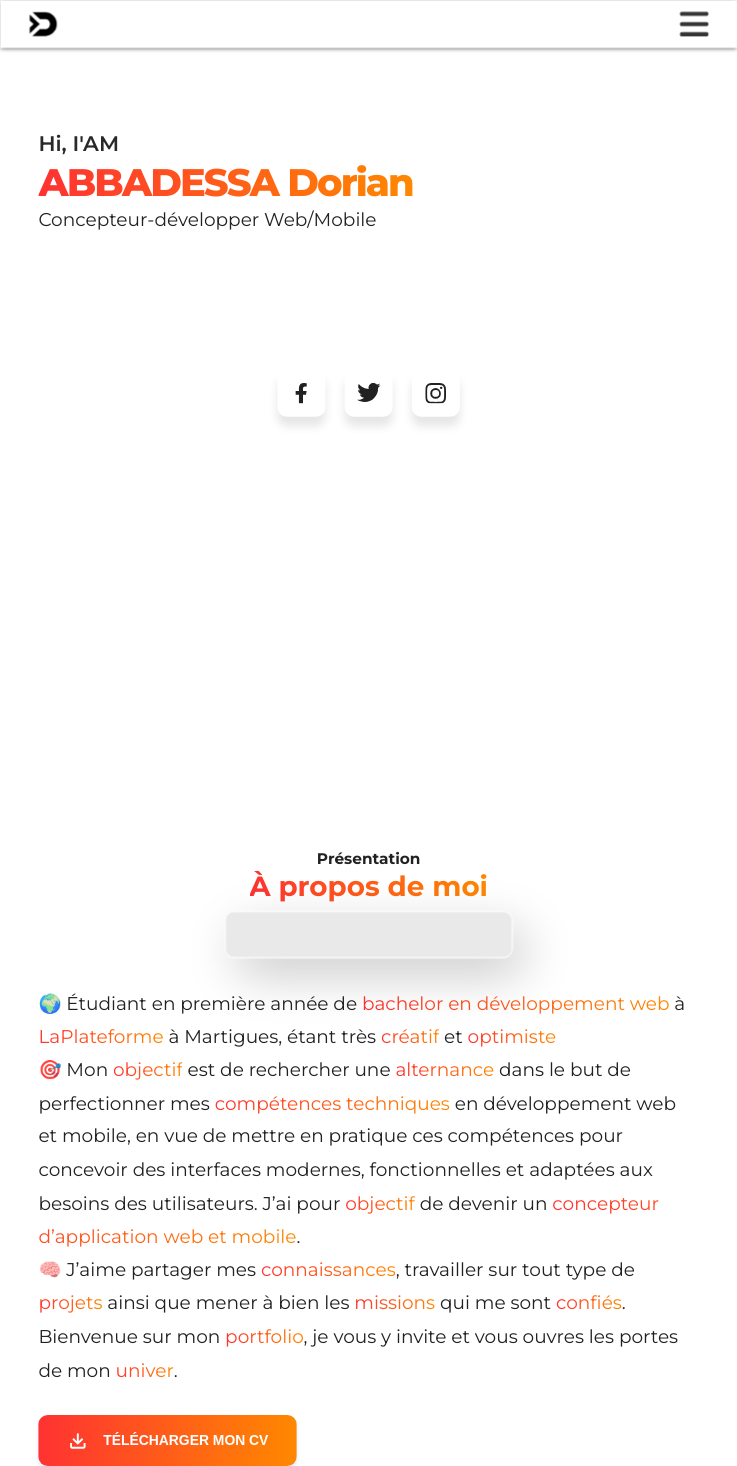
Repository: DorianABDS/Portfolio-ABBADESSA-Dorian
Page: index.html
An editor plug-in stored every save of this project. The page is shown before and after the next save, followed by the edit.
The browser window is 768 px wide. The pictures show the whole page, at 96% of full size.

Above is the page before, as saved 2024-11-27 20:27:38.

### index.html
<!DOCTYPE html>
<html lang="fr">
<head>
    <meta charset="UTF-8">
    <meta name="viewport" content="width=device-width, initial-scale=1.0">
    <meta charset="UTF-8">
    <meta name="viewport" content="width=device-width, initial-scale=1.0">
    <meta name="keywords" content="Portfolio, ABBADESSA Dorian, Web developper">
    <title>ABBADESSA Dorian - Portfolio</title>
    <link rel="shortcute icon" href="/src/img/Logo Div.png">
    <link rel="stylesheet" href="style.css">
</head>
<body>
    <header class="header">
        <nav class="navbar">
            <a href="index.html" class="logo"><img src="/src/img/Logo plat Div noir.png" alt=""></a>
            <div class="nav-links">
                <ul>
                    <li><a href="index.html">Accueil</a></li>
                    <li><a href="articles.html">Articles</a></li>
                    <li><a href="apropos.html">À propos</a></li>
                    <li><a href="contact.html">Contact</a></li>
                </ul>
            </div>
            <img src="/src/img/bars-solid.svg" alt="menu hamburger" class="menu-hamburger">
        </nav>
        <!-- <div class="social">
            <a href="#" title="Facebook"><img src="/src/img/icone Github.png" alt=""></a>
            <a href="#" title="Twitter"><img src="src/img/icone Linkedin.png" alt=""></a>
        </div> -->
    </header>
    <main>
        <section class="accueil">
            <div class="container-accueil">
                <h2>Hi, I'AM</h2>
                <h1><span>ABBADESSA Dorian</span></h1>
                <p>Concepteur-développer Web/Mobile</p>
                <div class="social">
                    <ul class="wrapper">
                        <li class="icon facebook">
                          <span class="tooltip">Facebook</span>
                          <svg
                            viewBox="0 0 320 512"
                            height="1.2em"
                            fill="currentColor"
                            xmlns="http://www.w3.org/2000/svg"
                          >
                            <path
                              d="M279.14 288l14.22-92.66h-88.91v-60.13c0-25.35 12.42-50.06 52.24-50.06h40.42V6.26S260.43 0 225.36 0c-73.22 0-121.08 44.38-121.08 124.72v70.62H22.89V288h81.39v224h100.17V288z"
                            ></path>
                          </svg>
                        </li>
                        <li class="icon twitter">
                          <span class="tooltip">Twitter</span>
                          <svg
                            height="1.8em"
                            fill="currentColor"
                            viewBox="0 0 48 48"
                            xmlns="http://www.w3.org/2000/svg"
                            class="twitter"
                          >
                            <path
                              d="M42,12.429c-1.323,0.586-2.746,0.977-4.247,1.162c1.526-0.906,2.7-2.351,3.251-4.058c-1.428,0.837-3.01,1.452-4.693,1.776C34.967,9.884,33.05,9,30.926,9c-4.08,0-7.387,3.278-7.387,7.32c0,0.572,0.067,1.129,0.193,1.67c-6.138-0.308-11.582-3.226-15.224-7.654c-0.64,1.082-1,2.349-1,3.686c0,2.541,1.301,4.778,3.285,6.096c-1.211-0.037-2.351-0.374-3.349-0.914c0,0.022,0,0.055,0,0.086c0,3.551,2.547,6.508,5.923,7.181c-0.617,0.169-1.269,0.263-1.941,0.263c-0.477,0-0.942-0.054-1.392-0.135c0.94,2.902,3.667,5.023,6.898,5.086c-2.528,1.96-5.712,3.134-9.174,3.134c-0.598,0-1.183-0.034-1.761-0.104C9.268,36.786,13.152,38,17.321,38c13.585,0,21.017-11.156,21.017-20.834c0-0.317-0.01-0.633-0.025-0.945C39.763,15.197,41.013,13.905,42,12.429"
                            ></path>
                          </svg>
                        </li>
                        <li class="icon instagram">
                          <span class="tooltip">Instagram</span>
                          <svg
                            xmlns="http://www.w3.org/2000/svg"
                            height="1.2em"
                            fill="currentColor"
                            class="bi bi-instagram"
                            viewBox="0 0 16 16"
                          >
                            <path
                              d="M8 0C5.829 0 5.556.01 4.703.048 3.85.088 3.269.222 2.76.42a3.917 3.917 0 0 0-1.417.923A3.927 3.927 0 0 0 .42 2.76C.222 3.268.087 3.85.048 4.7.01 5.555 0 5.827 0 8.001c0 2.172.01 2.444.048 3.297.04.852.174 1.433.372 1.942.205.526.478.972.923 1.417.444.445.89.719 1.416.923.51.198 1.09.333 1.942.372C5.555 15.99 5.827 16 8 16s2.444-.01 3.298-.048c.851-.04 1.434-.174 1.943-.372a3.916 3.916 0 0 0 1.416-.923c.445-.445.718-.891.923-1.417.197-.509.332-1.09.372-1.942C15.99 10.445 16 10.173 16 8s-.01-2.445-.048-3.299c-.04-.851-.175-1.433-.372-1.941a3.926 3.926 0 0 0-.923-1.417A3.911 3.911 0 0 0 13.24.42c-.51-.198-1.092-.333-1.943-.372C10.443.01 10.172 0 7.998 0h.003zm-.717 1.442h.718c2.136 0 2.389.007 3.232.046.78.035 1.204.166 1.486.275.373.145.64.319.92.599.28.28.453.546.598.92.11.281.24.705.275 1.485.039.843.047 1.096.047 3.231s-.008 2.389-.047 3.232c-.035.78-.166 1.203-.275 1.485a2.47 2.47 0 0 1-.599.919c-.28.28-.546.453-.92.598-.28.11-.704.24-1.485.276-.843.038-1.096.047-3.232.047s-2.39-.009-3.233-.047c-.78-.036-1.203-.166-1.485-.276a2.478 2.478 0 0 1-.92-.598 2.48 2.48 0 0 1-.6-.92c-.109-.281-.24-.705-.275-1.485-.038-.843-.046-1.096-.046-3.233 0-2.136.008-2.388.046-3.231.036-.78.166-1.204.276-1.486.145-.373.319-.64.599-.92.28-.28.546-.453.92-.598.282-.11.705-.24 1.485-.276.738-.034 1.024-.044 2.515-.045v.002zm4.988 1.328a.96.96 0 1 0 0 1.92.96.96 0 0 0 0-1.92zm-4.27 1.122a4.109 4.109 0 1 0 0 8.217 4.109 4.109 0 0 0 0-8.217zm0 1.441a2.667 2.667 0 1 1 0 5.334 2.667 2.667 0 0 1 0-5.334z"
                            ></path>
                          </svg>
                        </li>
                      </ul>
                </div>
        </section>
        <section class="about-me">
            <div class="container-about-me">
                <h2>Présentation</h2>
                <h1><span>À propos de moi</span></h1>
            </div>
            <div class="card"></div>
            <div class="texte-about-me"><p>🌍 Étudiant en première année de <span>bachelor en développement web</span> à <span>LaPlateforme</span> à Martigues, étant très <span>créatif</span> et <span>optimiste</span>
              <br>
              🎯 Mon <span>objectif</span> est de rechercher une <span>alternance</span> dans le but de perfectionner mes <span>compétences techniques</span> en développement web et mobile, en vue de mettre en pratique ces compétences pour  concevoir des interfaces modernes, fonctionnelles et adaptées aux besoins des utilisateurs. J’ai pour <span>objectif</span> de devenir un <span>concepteur d’application web et mobile</span>.
              <br>
              🧠 J’aime partager mes <span>connaissances</span>, travailler sur tout type de <span>projets</span> ainsi que mener à bien les <span>missions</span> qui me sont <span>confiés</span>.
              <br>
              Bienvenue sur mon <span>portfolio</span>, je vous y invite et vous ouvres les portes de mon <span>univer</span>.
              </p></div>
        </section>
        <button>
            <svg
                width="24"
                height="24"
                viewBox="0 0 24 24"
                fill="none"
                xmlns="http://www.w3.org/2000/svg"
                >
                <path
                    d="M11 5C11 4.44772 11.4477 4 12 4C12.5523 4 13 4.44772 13 5V12.1578L16.2428 8.91501L17.657 10.3292L12.0001 15.9861L6.34326 10.3292L7.75748 8.91501L11 12.1575V5Z"
                    fill="currentColor"
                />
                <path
                    d="M4 14H6V18H18V14H20V18C20 19.1046 19.1046 20 18 20H6C4.89543 20 4 19.1046 4 18V14Z"
                    fill="currentColor"
                />
                </svg>
            télécharger mon cv
          </button>
    </div>
    </main>
</body>
<script>
    const menuHamburger = document.querySelector(".menu-hamburger")
    const navLinks = document.querySelector(".nav-links")

    menuHamburger.addEventListener('click',()=>{
    navLinks.classList.toggle('mobile-menu')
    })
</script>
</html>

### style.css
@font-face {
    font-family: "Montserrat";
    src: url(/src/font/Montserrat-VariableFont_wght.ttf);
}

* {
    margin: 0;
    padding: 0;
    text-decoration: none;
    list-style: none;
    box-sizing: border-box;

}

html, body {
    font-size: 19.3px;
    color: rgba(0, 0, 0, .87);
    background-color: #fff;
    font-family: "Montserrat", sans-serif;
    line-height: 1.8;
    font-weight: 400;
}

.navbar {
    background: rgb(255, 255, 255);
    box-shadow: 0 0 5px rgb(0, 0, 0);;
    top: 0;
    left: 0;
    height: 50px;
    width: auto;
    position: fixed;
    padding-left: 30px;
    padding-right: 61px;
    width: 100%;
    display: flex;
    justify-content: space-between;
    align-items: center;
    z-index: 100;
}

.navbar a {
    color: #292929;
    font-weight: 700;
    display: inline;
}

.navbar .nav-links ul li a::after {
    content: "";
    display: block;
    height: 2px;
    background: rgb(255, 255, 255);
    transform: scale(0);
    transition: transform 0.2s ease-in-out;
}

.navbar .nav-links ul li a:hover::after {
    transform: scale(1);
}

.navbar .logo {
    transform: none;
    font-weight: 700;
}

.navbar .nav-links ul {
    display: flex;
    align-items: center;
}

.navbar .nav-links ul li {
    display: flex;
    margin: 0 25px;
}

.navbar .nav-links ul li img {
    display: flex;
    padding: -20px;
    margin-left: -23px;
}

.navbar .menu-hamburger {
    display: none;
    position: absolute;
    top: 8px;
    right: 30px;
    width: 30px;
}

.accueil {
    padding-top: 80px;
    margin-top: 50px;
    width: 100%;
    height: 100vh;
}

button {
    border: none;
    display: flex;
    margin-right: 20px;
    padding: 0.75rem 1.5rem;
    background: linear-gradient(90deg, rgba(255,50,50,1) 0%, rgba(255,136,0,1) 100%);
    color: #ffffff;
    font-size: 0.75rem;
    line-height: 1rem;
    font-weight: 700;
    text-align: center;
    cursor: pointer;
    text-transform: uppercase;
    vertical-align: middle;
    align-items: center;
    border-radius: 0.5rem;
    user-select: none;
    gap: 0.75rem;
    box-shadow:
      0 4px 6px -1px #488aec31,
      0 2px 4px -1px #488aec17;
    transition: all 0.6s ease;
  }

  button:hover {
    box-shadow:
      0 10px 15px -3px #488aec4f,
      0 4px 6px -2px #488aec17;
  }

  button:focus,
  button:active {
    opacity: 0.85;
    box-shadow: none;
  }

  button svg {
    width: 1.25rem;
    height: 1.25rem;
  }

.about-me {
    display: flex;
    justify-content: center;
    text-align: center;
  }

  .wrapper {
    display: inline-flex;
    list-style: none;
    width: 100%;
    padding-top: 40px;
    font-family: "Montserrat", sans-serif;
    justify-content: center;
  }

  .wrapper .icon {
    position: relative;
    background: #fff;
    border-radius: 0.5rem;
    margin: 10px;
    width: 50px;
    height: 50px;
    font-size: 18px;
    display: flex;
    justify-content: center;
    align-items: center;
    flex-direction: column;
    box-shadow: 0 10px 10px rgba(0, 0, 0, 0.1);
    cursor: pointer;
    transition: all 0.2s cubic-bezier(0.68, -0.55, 0.265, 1.55);
  }

  .wrapper .tooltip {
    position: absolute;
    top: 0;
    font-size: 14px;
    background: #fff;
    color: #fff;
    padding: 5px 8px;
    border-radius: 5px;
    box-shadow: 0 10px 10px rgba(0, 0, 0, 0.1);
    opacity: 0;
  }

  .wrapper .facebook:hover,
  .wrapper .facebook:hover .tooltip,
  .wrapper .facebook:hover .tooltip::before {
    background: #1877f2;
    color: #fff;
  }

  .wrapper .twitter:hover,
  .wrapper .twitter:hover .tooltip,
  .wrapper .twitter:hover .tooltip::before {
    background: #1da1f2;
    color: #fff;
  }

  .wrapper .instagram:hover,
  .wrapper .instagram:hover .tooltip,
  .wrapper .instagram:hover .tooltip::before {
    background: #e4405f;
    color: #fff;
  }

@media  screen and (max-width: 814px) {
    html, body {
        padding: 0 20px;
    }

    .navbar .menu-hamburger {
        display: block;
    }

    .nav-links.mobile-menu {
        margin-left: 0;
    }

    .navbar {
        padding: 0;
    }

    .navbar .logo {
        padding-left: 20px;
    }

    .navbar .logo img {
        display: flex;
        align-items: center;
        width: 50px;
    }

    .nav-links {
        position: absolute;
        background-color: #ffffff90;
        backdrop-filter: blur(8px);
        top: 0;
        left: 0;
        width: 100%;
        height: 100vh;
        display: flex;
        justify-content: center;
        align-items: center;
        margin-left: 100%;
        transition: all 0.5s ease;
    }

    .nav-links ul {
        display: flex;
        flex-direction: column;
        align-items: center;
    }

    .navbar .nav-links ul li {
        margin: 15px 0;
        font-size: 1.2em;
    }

    .accueil {
        height: 100%;
    }

    .accueil h2 {
        font-size: 22px;
        font-weight: 600;
        color: #292929;
    }

    .accueil h1 {
        display: inline-block;
        line-height: 100%;
        font-size: 40px;
        letter-spacing: -2px;
        font-weight: 800;
        background: linear-gradient(90deg, rgba(255,50,50,1) 0%, rgba(255,136,0,1) 100%);
        -webkit-background-clip: text;
        -webkit-text-fill-color: transparent;
    }

    .accueil p {
        height: 80px;
        line-height: 150%;
        margin-bottom: 80px;
    }

    .social {
        display: flex;
        justify-content: center;
    }

    .social a {
        display: flex;
        justify-content: center;
        margin: 0 10px;
        width: 30px;
    }

    .container-about-me h1 {
        font-size: 12;
        background: linear-gradient(90deg, rgba(255,50,50,1) 0%, rgba(255,136,0,1) 100%);
        -webkit-background-clip: text;
        -webkit-text-fill-color: transparent;
    }

    .container-about-me h2 {
        line-height: 5px;
        font-size: 16px;
    }

    .about-me {
        height: 1000px;
        display: flex;
        align-items: center;
        flex-direction: column;
        padding-top: 65%;
    }

    .card {
        box-sizing: border-box;
        width: 300px;
        height: 500px;
        background: rgba(217, 217, 217, 0.58);
        border: 1px solid white;
        box-shadow: 12px 17px 51px rgba(0, 0, 0, 0.22);
        backdrop-filter: blur(6px);
        border-radius: 0.5rem;
        text-align: center;
        cursor: pointer;
        transition: all 0.5s;
        display: flex;
        align-items: center;
        justify-content: center;
        user-select: none;
        font-weight: bolder;
        color: black;
    }

    .about-me p {
        margin-top: 30px;
        text-align: start;

    }

    .about-me p span {
        margin-top: 30px;
        background: linear-gradient(90deg, rgba(255,50,50,1) 0%, rgba(255,136,0,1) 100%);
        -webkit-background-clip: text;
        -webkit-text-fill-color: transparent;
    }

    .wrapper {
        padding-top: 0;
    }

    button {
        margin-top: 30px;
    }
}

### src/img/bars-solid.svg
<svg xmlns="http://www.w3.org/2000/svg" viewBox="0 0 448 512" fill="#353535"><!--!Font Awesome Free 6.7.0 by @fontawesome - https://fontawesome.com License - https://fontawesome.com/license/free Copyright 2024 Fonticons, Inc.--><path d="M0 96C0 78.3 14.3 64 32 64l384 0c17.7 0 32 14.3 32 32s-14.3 32-32 32L32 128C14.3 128 0 113.7 0 96zM0 256c0-17.7 14.3-32 32-32l384 0c17.7 0 32 14.3 32 32s-14.3 32-32 32L32 288c-17.7 0-32-14.3-32-32zM448 416c0 17.7-14.3 32-32 32L32 448c-17.7 0-32-14.3-32-32s14.3-32 32-32l384 0c17.7 0 32 14.3 32 32z"/></svg>

After the next save:
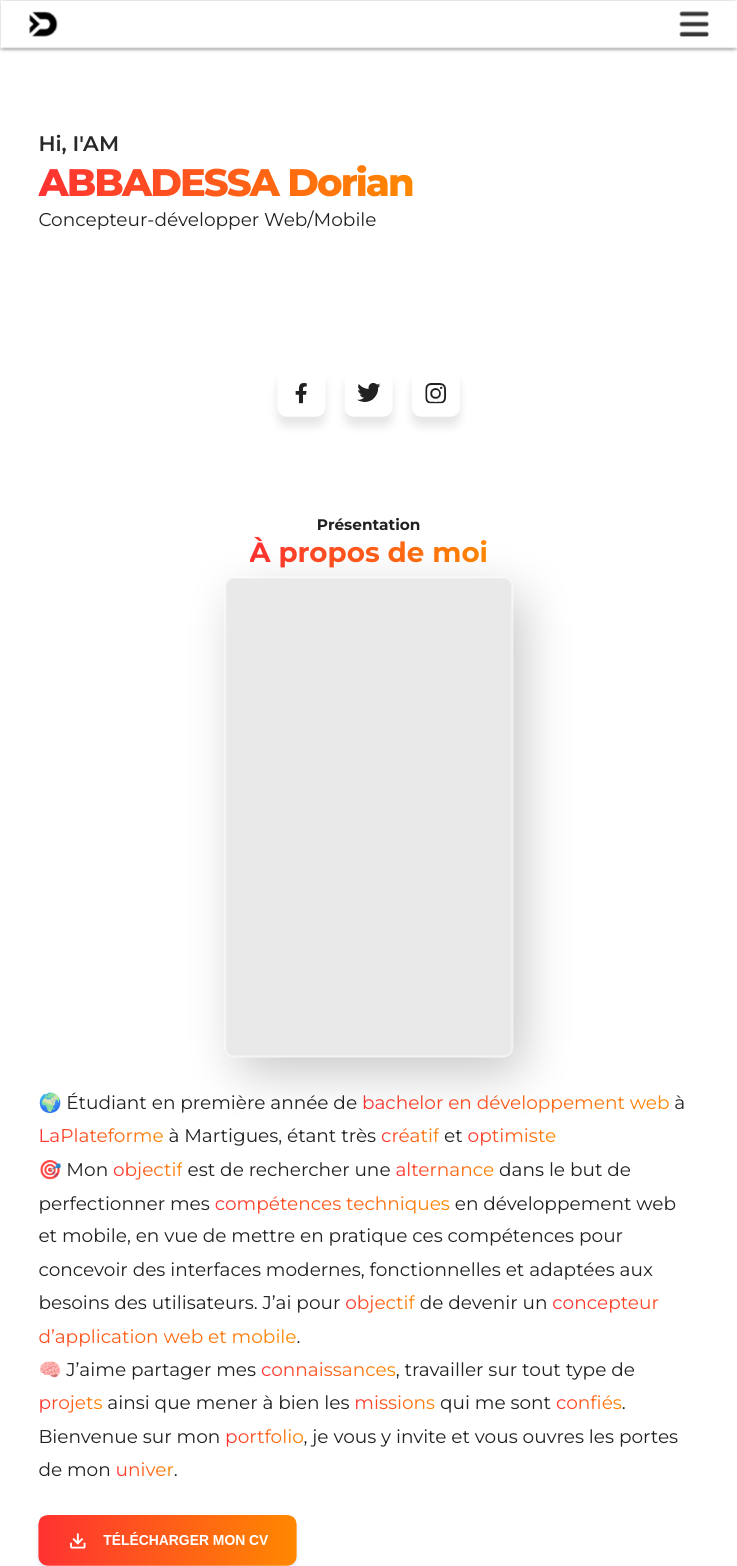
Saved 29 s later.
--- a/style.css
+++ b/style.css
@@ -304,11 +304,11 @@ button {
     }
 
     .about-me {
-        height: 1000px;
+        height: 100%;
         display: flex;
         align-items: center;
         flex-direction: column;
-        padding-top: 65%;
+        padding-top: 100px;
     }
 
     .card {
